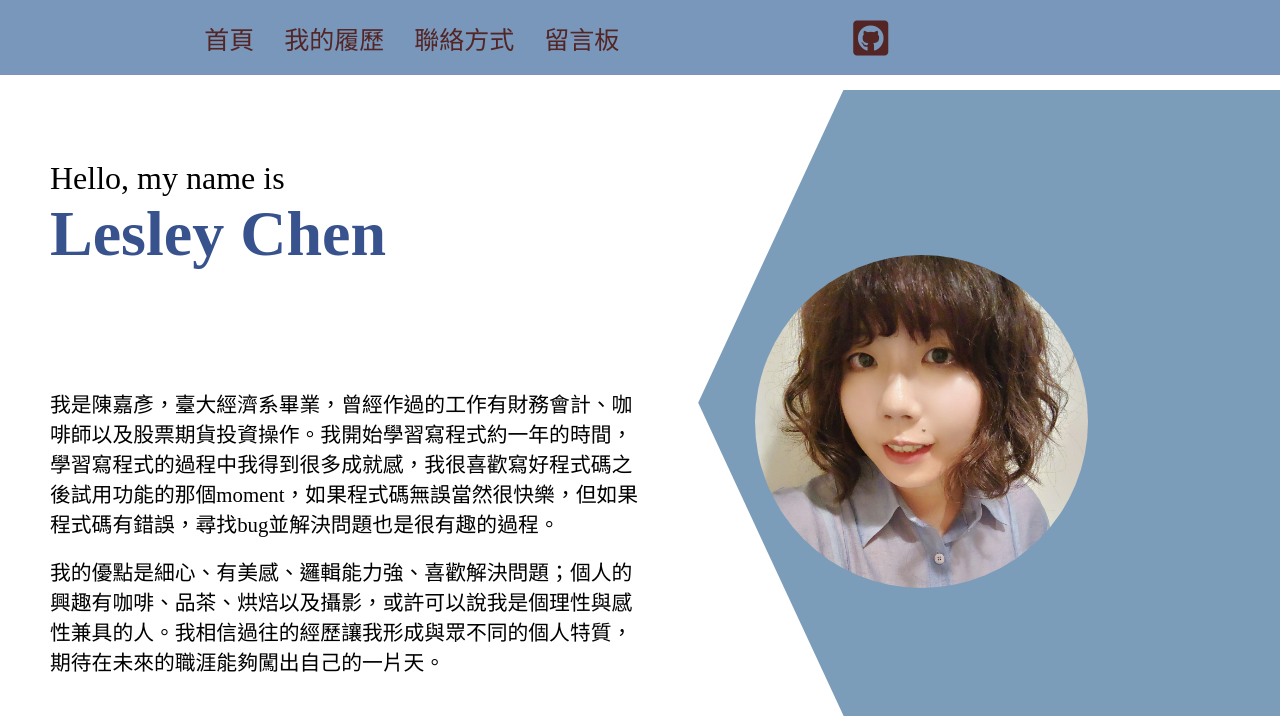
Repository: lcjyc/portfolio-website
Page: /
These files come from the project's save history. The page is drawn as it stood at one moment and after the next save; the edit follows.
The browser window is 1280 px wide. The pictures show the whole page.
The project was rebuilt for these pictures with package versions that can differ from the ones it lists, and the page was loaded fresh each time. Also part of the build but not shown: src/pages/resume/resume.css, src/pages/resume/Resume.jsx, src/pages/contact/contact.css, src/pages/contact/Contact.jsx.

Above is the page before, as saved 2022-08-20 09:32:18.

After the next save:
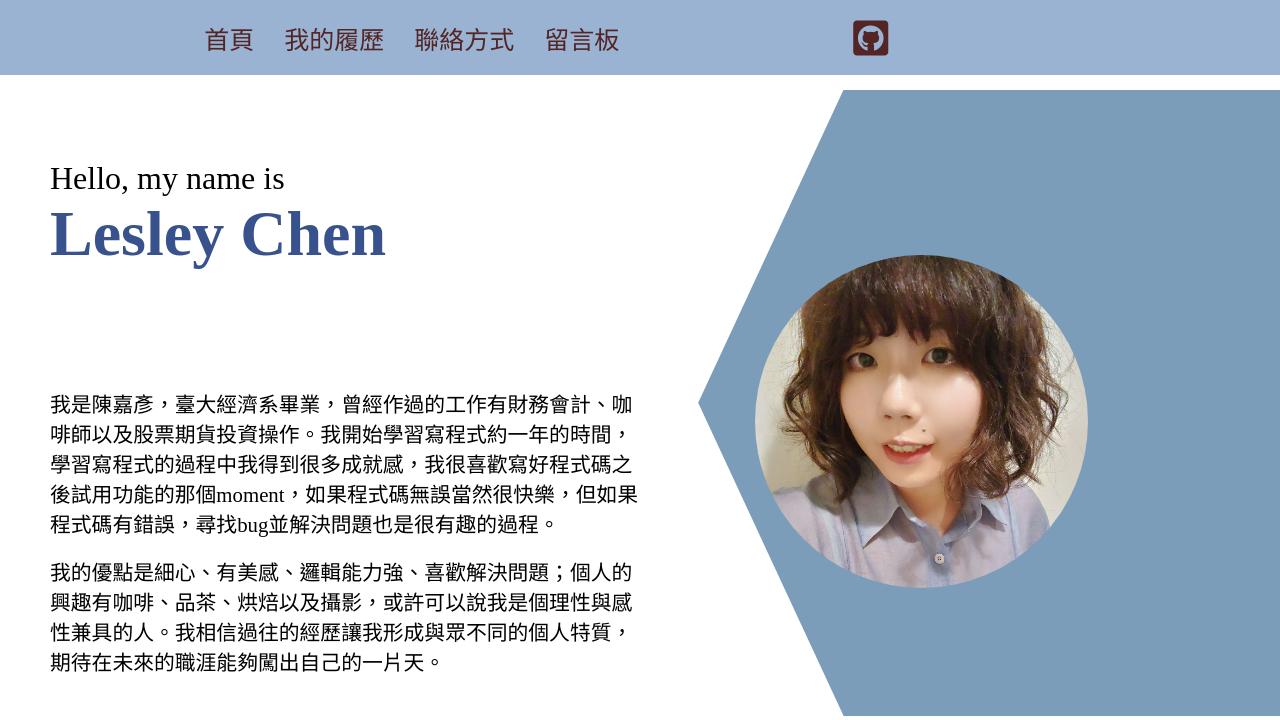
Saved 14 s later.
--- a/src/components/topbar/topbar.css
+++ b/src/components/topbar/topbar.css
@@ -1,7 +1,7 @@
 .top {
   width: 100%;
   height: 6vh;
-  background-color: rgb(121, 151, 187);
+  background-color: rgb(154, 179, 210);
   position: sticky;
   top: 0;
   padding: 1rem 0rem;
